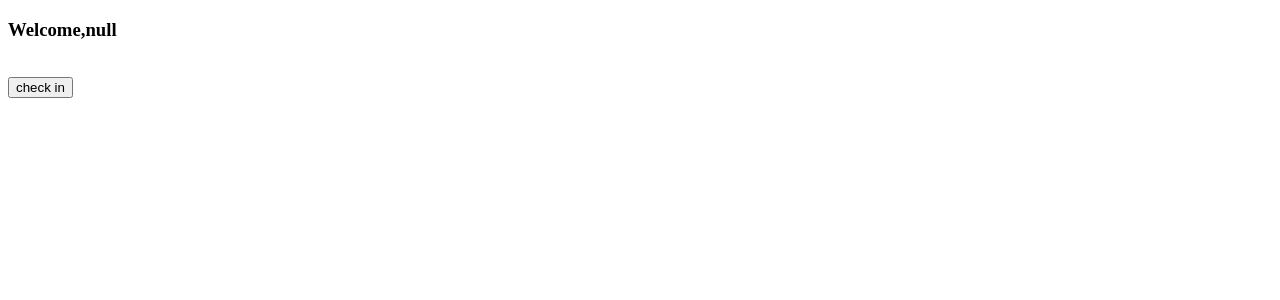
Repository: YiwenGrace/EHotel-CSI2132-project
Page: http://localhost/eHotel/emp_login_success.jsp
These files come from the project's save history. The page is drawn as it stood at one moment and after the next save; the edit follows.
The browser window is 1280 px wide. The pictures show the whole page.
The page is served by Tomcat 9.

Above is the page before, as saved 2019-04-03 20:19:24.

After the next save:
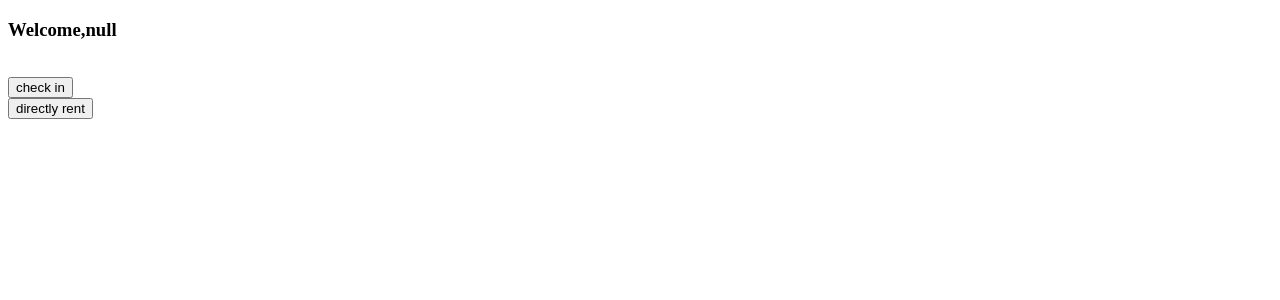
Saved 12 min 37 s later.
--- a/eHotel/WebContent/emp_login_success.jsp
+++ b/eHotel/WebContent/emp_login_success.jsp
@@ -13,6 +13,9 @@ String employee_id = (String)request.getParameter("employee_id");
 	<h3>Welcome,<%=employee_id%></h3>
 	<br>
 	<button onclick="location.href='check_in.jsp'">check in</button>
+	<br>
+	<button onclick="location.href='renting.jsp'">directly rent</button>
+	<br>
 
 </body>
 </html>
